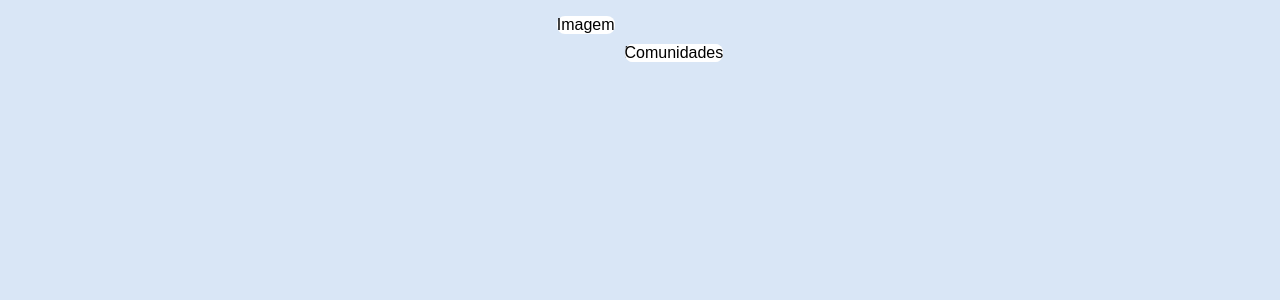
Repository: jminervino/alurakut
Page: /
These files come from the project's save history. The page is drawn as it stood at one moment and after the next save; the edit follows.
The browser window is 1280 px wide. The pictures show the whole page.
The project was rebuilt for these pictures with package versions that can differ from the ones it lists, and the page was loaded fresh each time. The framework's server and built-in components were replaced by stand-ins that run in the browser. Also part of the build but not shown: next.config.js.

Above is the page before, as saved 2022-03-24 10:35:36.

### pages/_app.js
import { createGlobalStyle, ThemeProvider } from 'styled-components'

const GlobalStyle = createGlobalStyle`
  /* Reset CSS*/
  *{
    margin: 0;
    padding: 0;
    box-sizing: border-box;
  }

  body {
    font-family: sans-serif;
    background-color: #D9E6F6;
  }

  #__next {
    display: flex;
    min-height: 100vh;
    flex-direction: column;
  }
`

const theme = {
  colors: {
    primary: '#0070f3',
  },
}

export default function App({ Component, pageProps }) {
  return (
    <>
      <GlobalStyle />
      <ThemeProvider theme={theme}>
        <Component {...pageProps} />
      </ThemeProvider>
    </>
  )
}

### pages/index.js
import styled from 'styled-components'

//const Title = styled.h1`
//  font-size: 50px;
//  color: ${({ theme }) => theme.colors.primary};
//`

const Box = styled.div`
  background: #ffffff;
  border-radius: 8px;
`;

const MainGrid = styled.main`
  display: grid;
  grid-gap: 10px;
  padding: 16px;
  margin: 0 auto;

  @media (min-width: 860px){
    grid-template-areas: "profileArea welcomeArea profileRelationsArea"
    grid-template-columns: 160px 618px 312px;

    }
`

export default function Home() {
  return (
    <MainGrid>
      <div>
        <Box style={{ gridArea: 'profileArea' }}>
          Imagem
        </Box>
      </div>
      <Box style={{ gridArea: 'welcomeArea' }}>
        Bem vindo
      </Box>
      <Box style={{ gridArea: 'profileRelationsArea' }}>
        Comunidades
      </Box>
    </MainGrid>
  )
}

Loaded but not shown: pages/_document.js (common file)

After the next save:
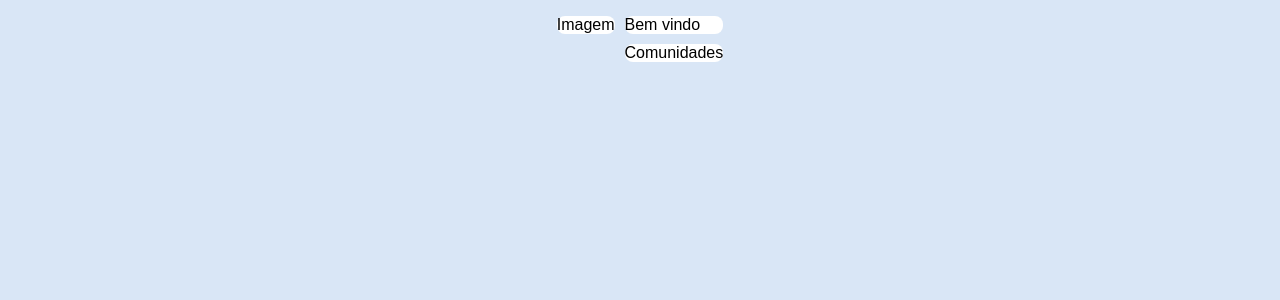
Saved 37 s later.
--- a/pages/index.js
+++ b/pages/index.js
@@ -31,9 +31,11 @@ export default function Home() {
           Imagem
         </Box>
       </div>
-      <Box style={{ gridArea: 'welcomeArea' }}>
-        Bem vindo
-      </Box>
+      <div>
+        <Box style={{ gridArea: 'welcomeArea' }}>
+          Bem vindo
+        </Box>
+      </div>
       <Box style={{ gridArea: 'profileRelationsArea' }}>
         Comunidades
       </Box>
